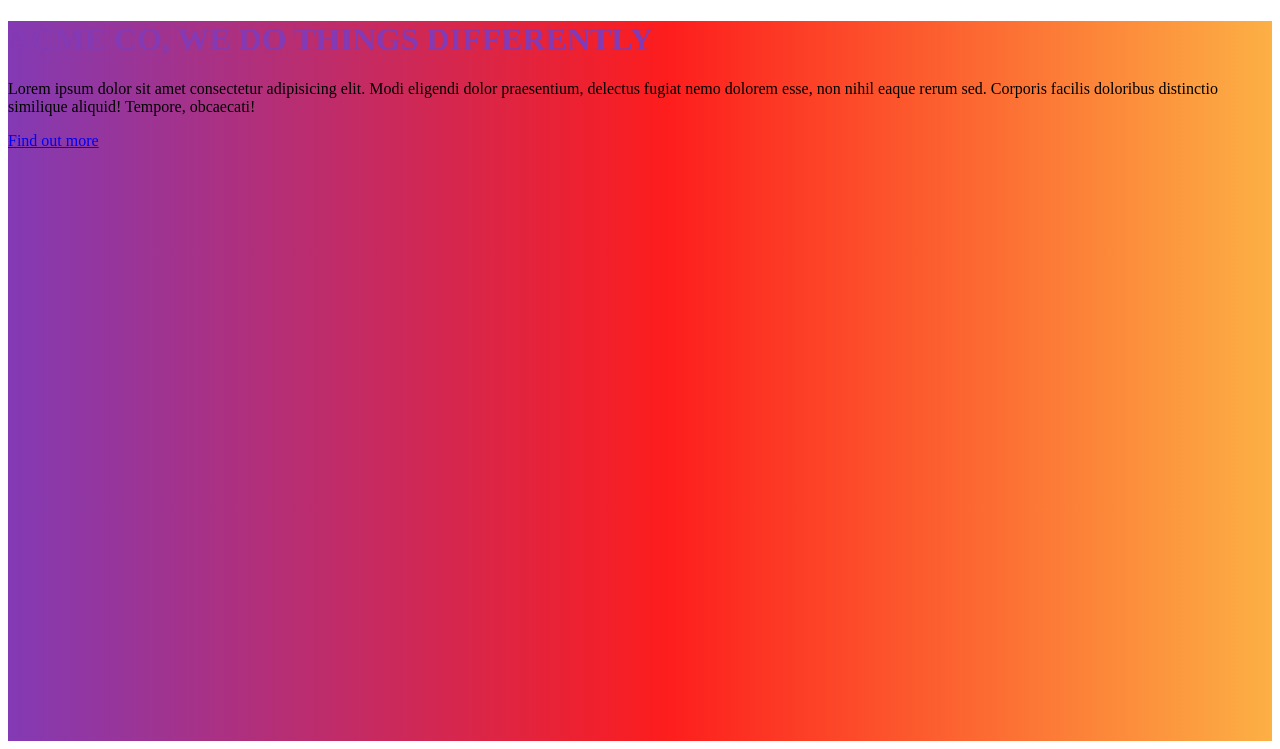
Repository: sristigupta04/basic-js-project
Page: gradient/gr.html
An editor plug-in stored every save of this project. The page is shown before and after a run of saves, followed by the edit.
The browser window is 1280 px wide. The pictures show the whole page.

Above is the page before, as saved 2025-11-03 00:08:08.

### gradient/gr.html
<!DOCTYPE html>
<html lang="en">
<head>
    <meta charset="UTF-8">
    <meta name="viewport" content="width=device-width, initial-scale=1.0">
    <title>Document</title>
    <link rel="stylesheet" href="gr.css"/>
</head>
<body>
         <div class="intro">
    <h1> ACME CO, WE DO THINGS DIFFERENTLY</h1>

    <div class="second">
        <p>
            Lorem ipsum dolor sit amet
            consectetur adipisicing elit.
             Modi eligendi dolor praesentium, delectus
              fugiat nemo dolorem esse, non nihil eaque rerum sed.
              Corporis facilis doloribus distinctio similique aliquid!
              Tempore, obcaecati!
        </p>
        <a href="#">Find out more</a>
    </div></div>
</body>
</html>

### gradient/gr.css
*{
    padding: 0;

}

.intro{
    width: 100%;
    height:100vh;
    background: #833AB4;
background: linear-gradient(90deg, rgba(131, 58, 180, 1) 0%, rgba(253, 29, 29, 1) 52%, rgba(252, 176, 69, 1) 100%);
}
.intro h1{
    color:#833AB4;
    justify-content: center;
    justify-items: center;
}

After the next 2 saves:
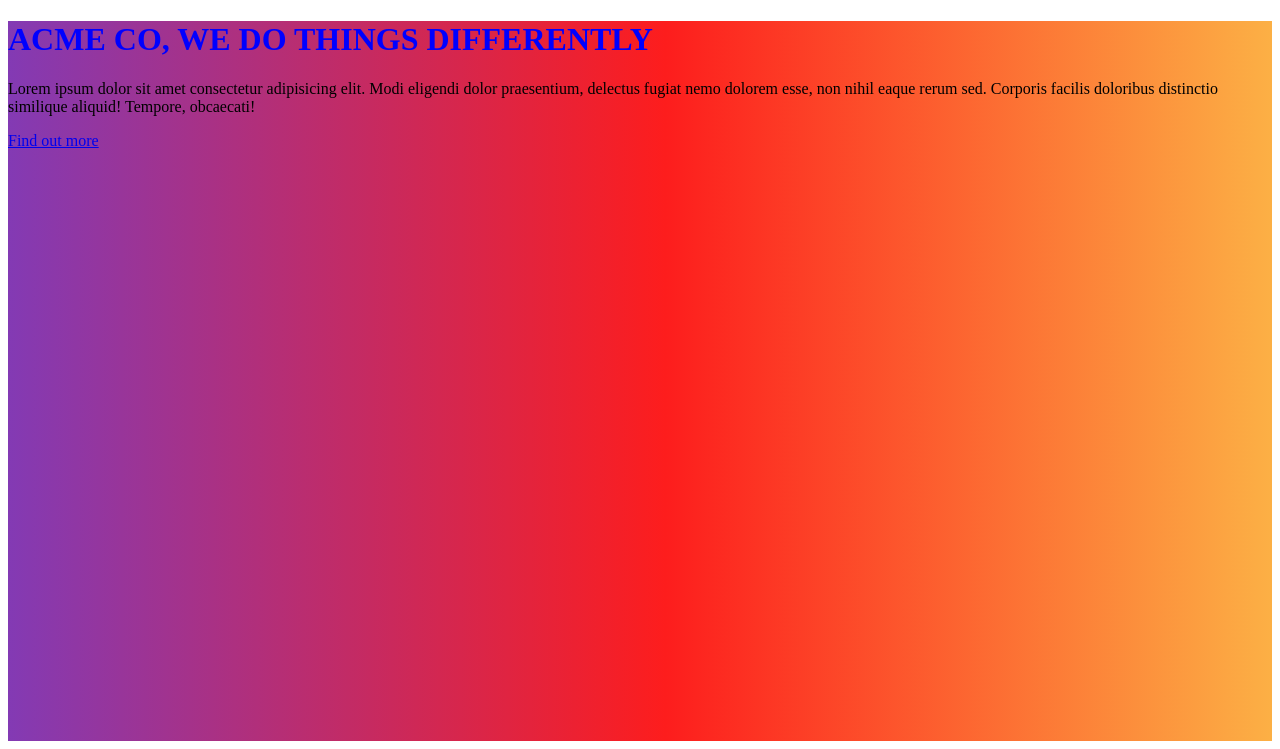
The 2 saves are shown as one change because they came seconds apart.
The last was saved 13 s later.
--- a/gradient/gr.css
+++ b/gradient/gr.css
@@ -10,7 +10,7 @@
 background: linear-gradient(90deg, rgba(131, 58, 180, 1) 0%, rgba(253, 29, 29, 1) 52%, rgba(252, 176, 69, 1) 100%);
 }
 .intro h1{
-    color:#833AB4;
+    color:blue;
     justify-content: center;
     justify-items: center;
 }
